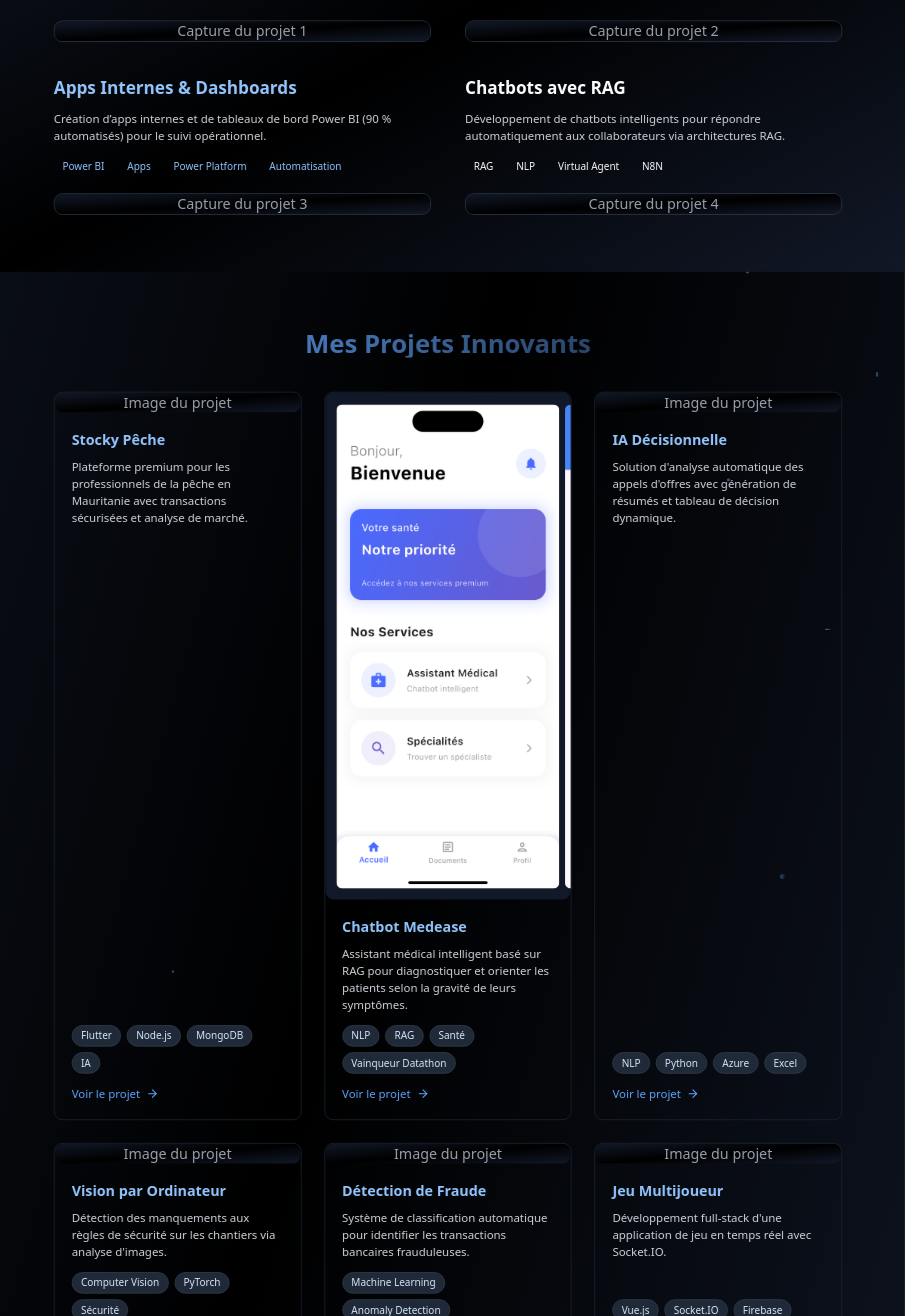
Repository: BouhaMaaye/portfolio
Page: /
The author's editor kept a copy of each file at every save. The page is drawn from the files as they stood at one save, then again after the next save.
The browser window is 1280 px wide. The page is 1293 px wide, so the pictures cover 1293 px, including what lies to the right of the window. The pictures show the part of the page from y = 1609 to 3489 px (the page is 4764 px tall), at 70% of full size.
The project was rebuilt for these pictures with package versions that can differ from the ones it lists, and the page was loaded fresh each time.

Above is the page before, as saved 2025-05-05 12:28:24.

After the next save:
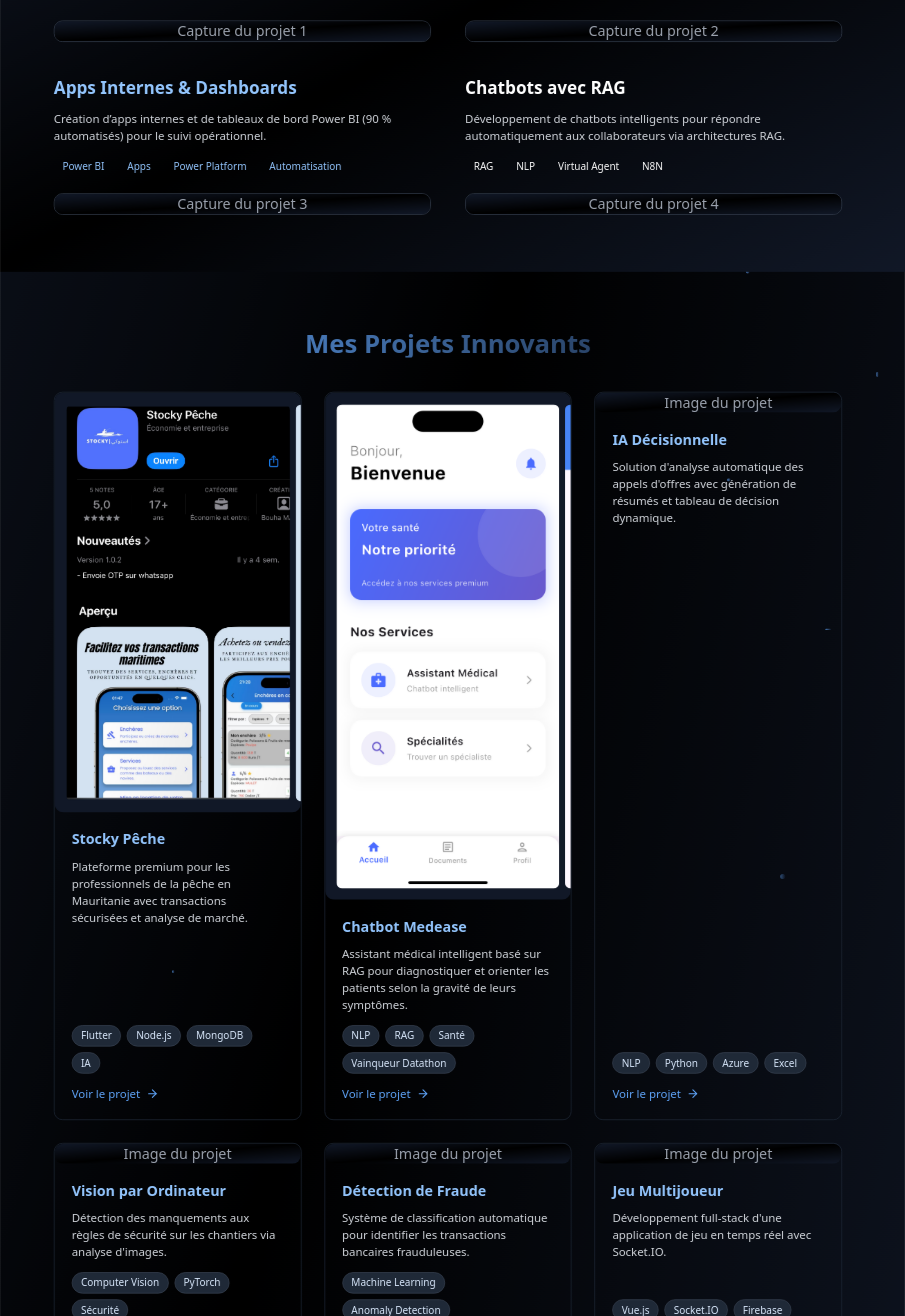
Saved 78 min 31 s later.
--- a/src/App.js
+++ b/src/App.js
@@ -6,6 +6,8 @@ import profilePhoto from './assets/images/photo.jpg';
 import Medease from './assets/images/Medease1.png';
 import Medease1 from './assets/images/Medease2.png';
 import Stocky from './assets/images/Stocky.jpg';
+import Stocky1 from './assets/images/Stocky1.png';
+import Stocky2 from './assets/images/Stocky2.png';
 
 
 // Composant pour les particules interactives
@@ -592,7 +594,8 @@ const projects = [
     title: "Stocky Pêche",
     description: "Plateforme premium pour les professionnels de la pêche en Mauritanie avec transactions sécurisées et analyse de marché.",
     tags: ["Flutter", "Node.js", "MongoDB", "IA"],
-    link: "#"
+    link: "#",
+    images: [Stocky, Stocky1, Stocky2]
   },
   {
     title: "Chatbot Medease",
